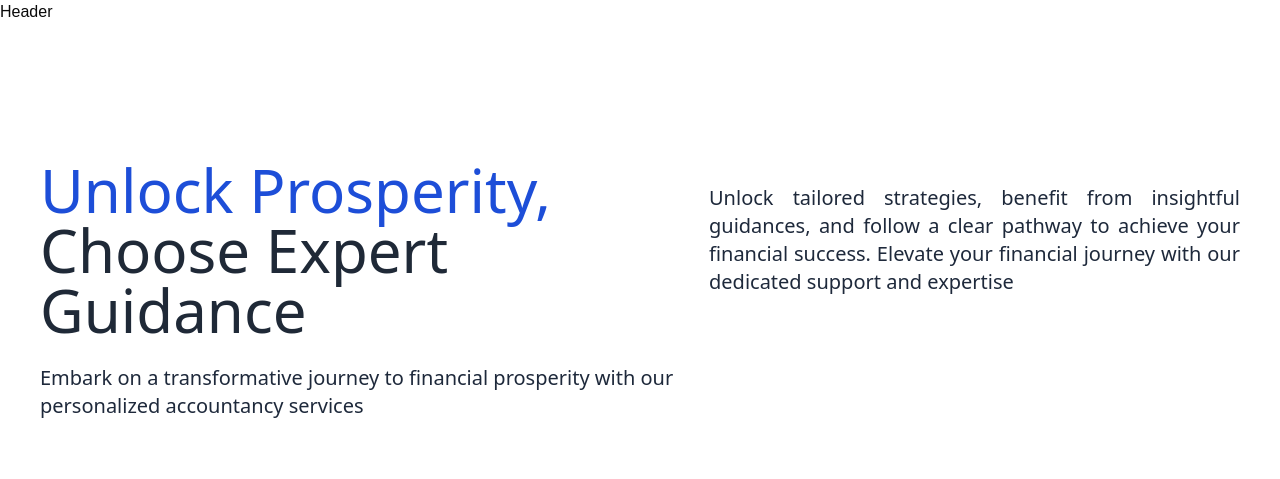
Repository: vespersolutionspk18/integrast-website
Page: /
The author's editor kept a copy of each file at every save. The page is drawn from the files as they stood at one save, then again after the next save.
The browser window is 1280 px wide. The pictures show the whole page.
The project was rebuilt for these pictures with package versions that can differ from the ones it lists, and the page was loaded fresh each time. The framework's server and built-in components were replaced by stand-ins that run in the browser. Also part of the build but not shown: next.config.ts.

Above is the page before, as saved 2024-12-09 14:48:04.

### app/page.tsx
import Image from "next/image";
import Header from "./Header";
import Hero from "./Hero";

export default function Home() {
  return (
    <div>
      <Header />
      <Hero />
    </div>
  );
}

### app/Hero.tsx
import React from 'react'

const Hero = () => {
  return (
    <div className="flex flex-col p-10 ">
        <div className="flex flex-row mt-24 h-[280px] gap-5 ">
            <div className="w-[55%] flex flex-col">
                <h1 className="font-light font-sans text-6xl text-blue-700">Unlock Prosperity, <span className="text-gray-800">Choose Expert Guidance</span></h1>
                <h4 className="text-xl font-sans text-slate-800 mt-6">Embark on a transformative journey to financial prosperity with our personalized accountancy services</h4>
            </div>
            <div className="w-[45%] flex flex-col items-start">
                <h4 className="text-xl text-justify font-sans text-slate-800 mt-6">Unlock tailored strategies, benefit from insightful guidances, and follow a clear pathway to achieve your financial success. Elevate your financial journey with our dedicated support and expertise</h4>
            </div>
        </div>
    </div>
  )
}

export default Hero

Loaded but not shown: app/layout.tsx (common file); app/globals.css (common file); app/Header.tsx (common file); tailwind.config.ts (common file)

After the next save:
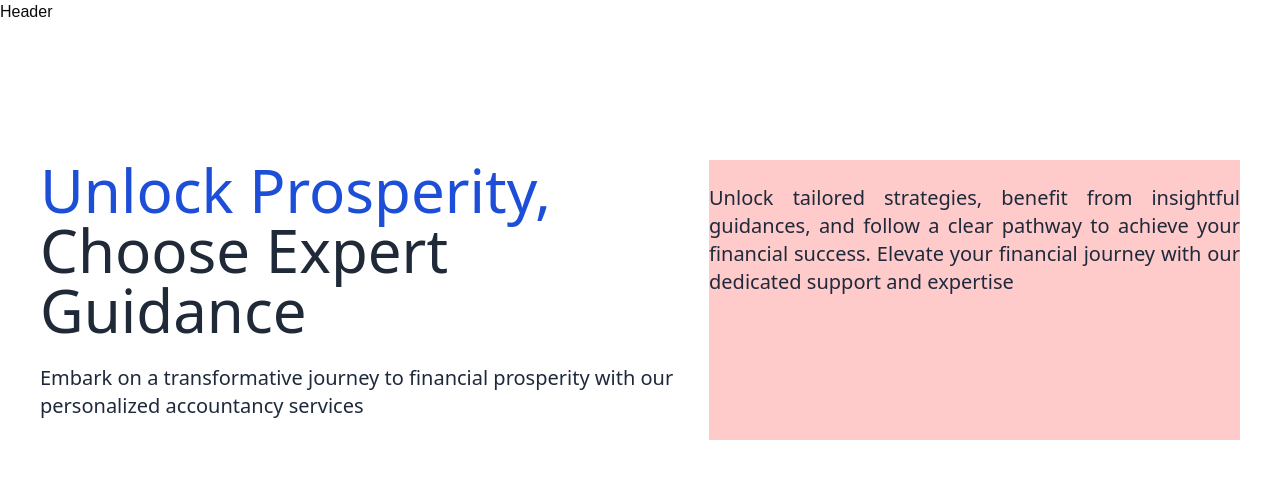
Saved 12 s later.
--- a/app/Hero.tsx
+++ b/app/Hero.tsx
@@ -8,7 +8,7 @@ const Hero = () => {
                 <h1 className="font-light font-sans text-6xl text-blue-700">Unlock Prosperity, <span className="text-gray-800">Choose Expert Guidance</span></h1>
                 <h4 className="text-xl font-sans text-slate-800 mt-6">Embark on a transformative journey to financial prosperity with our personalized accountancy services</h4>
             </div>
-            <div className="w-[45%] flex flex-col items-start">
+            <div className="w-[45%] flex flex-col items-start bg-red-200">
                 <h4 className="text-xl text-justify font-sans text-slate-800 mt-6">Unlock tailored strategies, benefit from insightful guidances, and follow a clear pathway to achieve your financial success. Elevate your financial journey with our dedicated support and expertise</h4>
             </div>
         </div>
